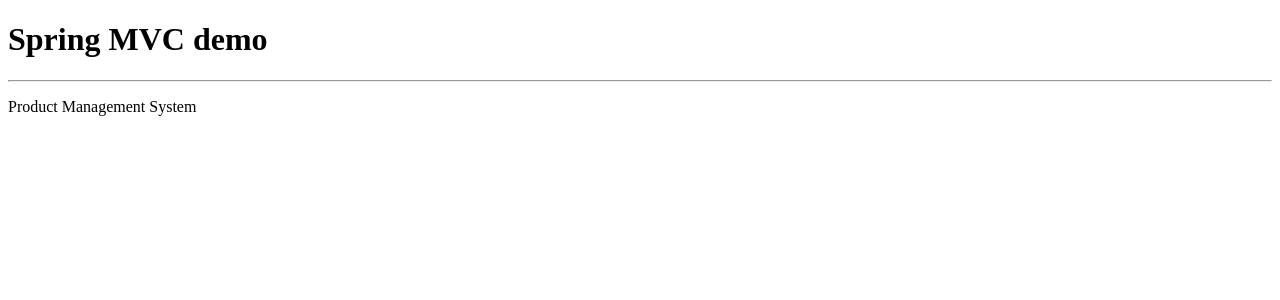
Repository: Santhra-k-joy/Spring-MVC
Page: http://localhost/Spring_MVC/
The author's editor kept a copy of each file at every save. The page is drawn from the files as they stood at one save, then again after the next save.
The browser window is 1280 px wide. The pictures show the whole page.
The page is served by Tomcat 9. Other server files are loaded and not shown.

Above is the page before, as saved 2021-03-18 07:53:37.

### Spring_MVC/src/main/webapp/index.jsp
<%@ page language="java" contentType="text/html; charset=ISO-8859-1"
    pageEncoding="ISO-8859-1"%>
<!DOCTYPE html>
<html>
<head>
<meta charset="ISO-8859-1">
<title>Insert title here</title>
</head>
<body>
<h1>Spring MVC demo</h1>
<hr>
<p>Product Management System</p>

</body>
</html>

After the next save:
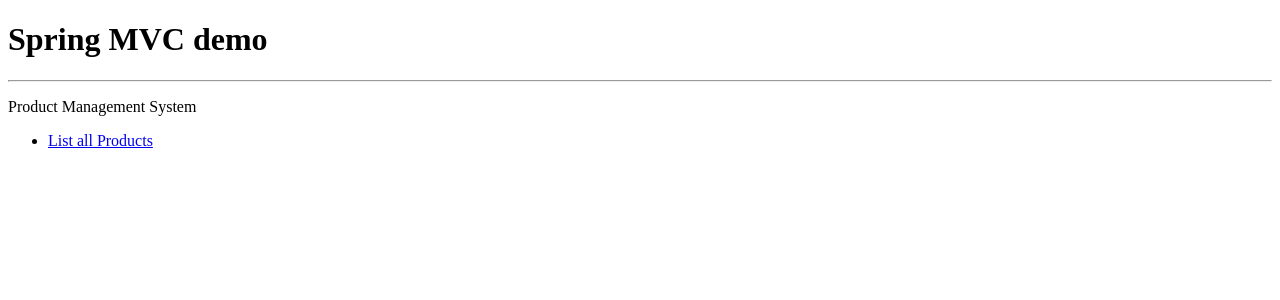
Saved 4 min 37 s later.
--- a/Spring_MVC/src/main/webapp/index.jsp
+++ b/Spring_MVC/src/main/webapp/index.jsp
@@ -11,5 +11,12 @@
 <hr>
 <p>Product Management System</p>
 
+<ul>
+<li>
+<a href=".product-list">List all Products
+
+</a></li>
+</ul>
+
 </body>
 </html>
